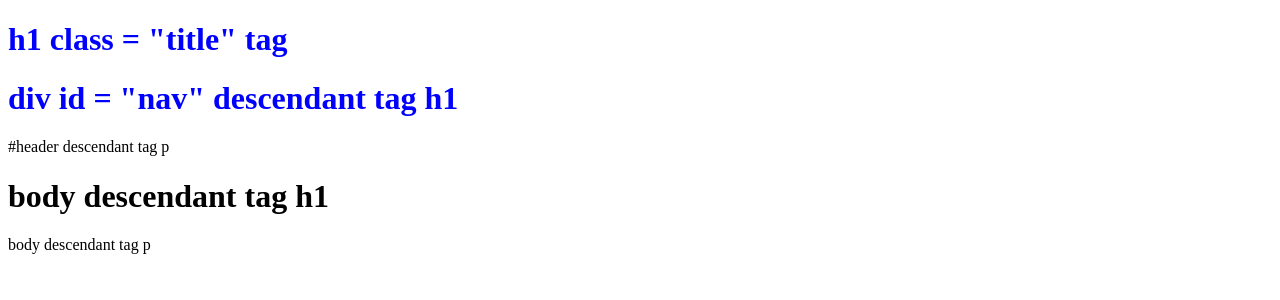
Repository: LucestDail/WebEclipse-Workspace
Page: htmlProject/WebContent/cssEx4.html
These files come from the project's save history. The page is drawn as it stood at one moment and after the next save; the edit follows.
The browser window is 1280 px wide. The pictures show the whole page.

Above is the page before, as saved 2020-11-06 05:56:36.

After the next save:
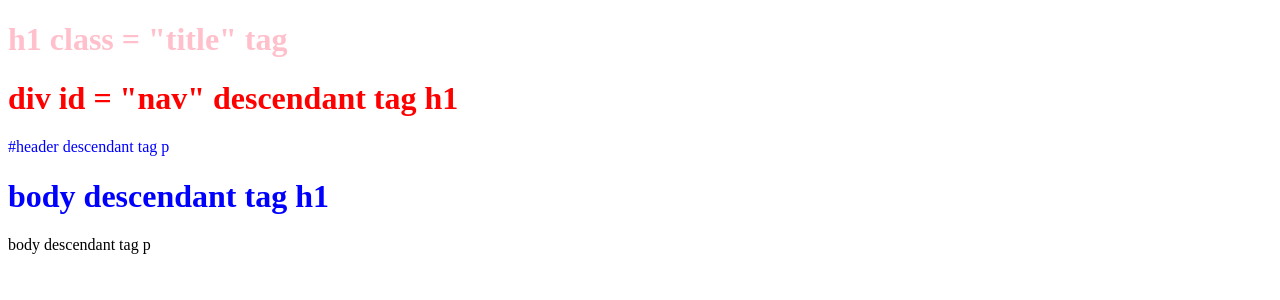
Saved 24 s later.
--- a/htmlProject/WebContent/cssEx4.html
+++ b/htmlProject/WebContent/cssEx4.html
@@ -11,8 +11,7 @@
 	#header > h1{
 		color :pink;
 	}
-	#header
-	h1{
+	#header,h1{
 		color:blue;
 	}
 
